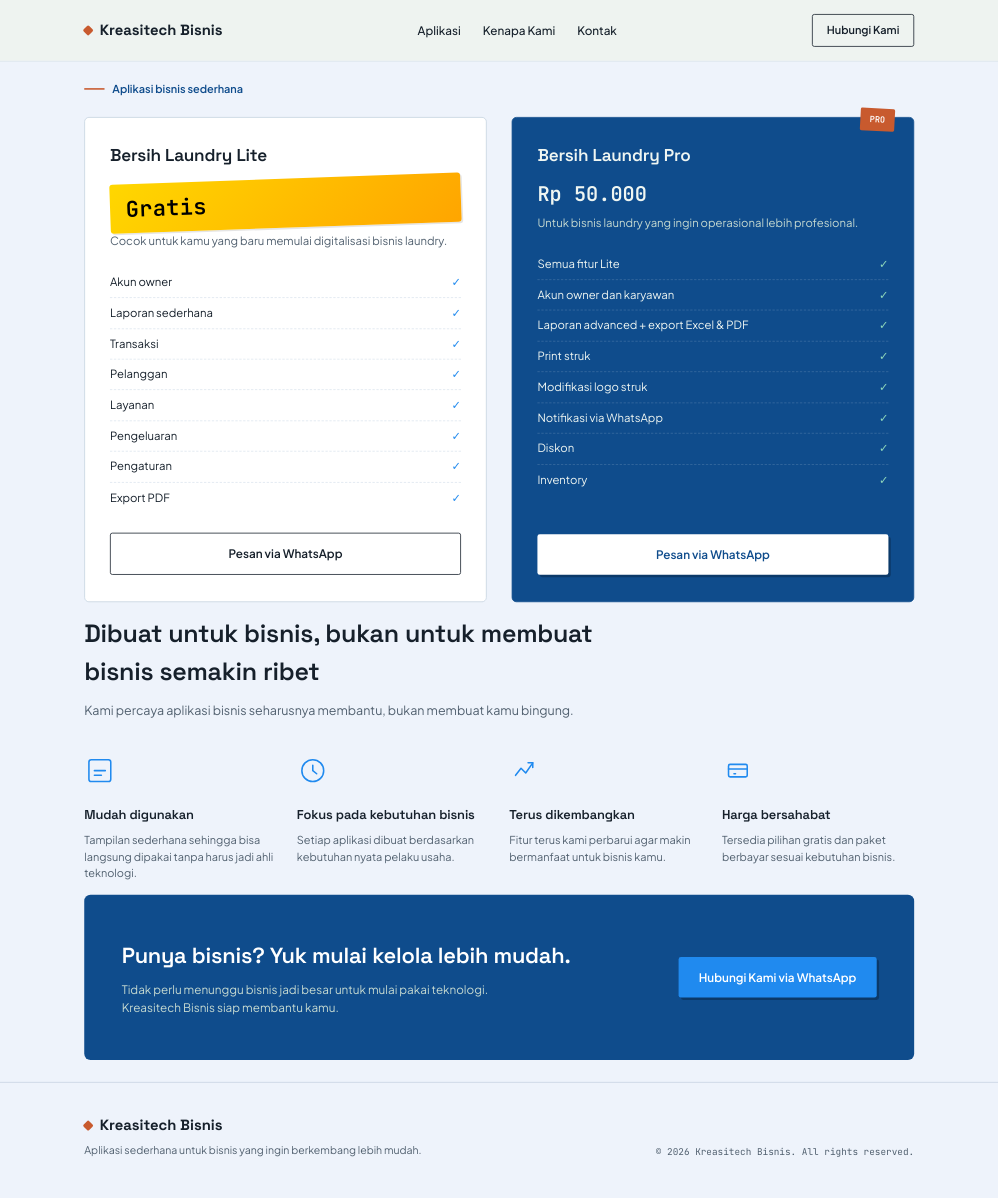
Repository: joao880hbhb/kreasitech
Page: produk/bersih-laundry.html
The author's editor kept a copy of each file at every save. The page is drawn from the files as they stood at one save, then again after the next save.
The browser window is 1280 px wide. The pictures show the whole page, at 78% of full size.

Above is the page before, as saved 2026-09-14 21:39:38.

After the next save:
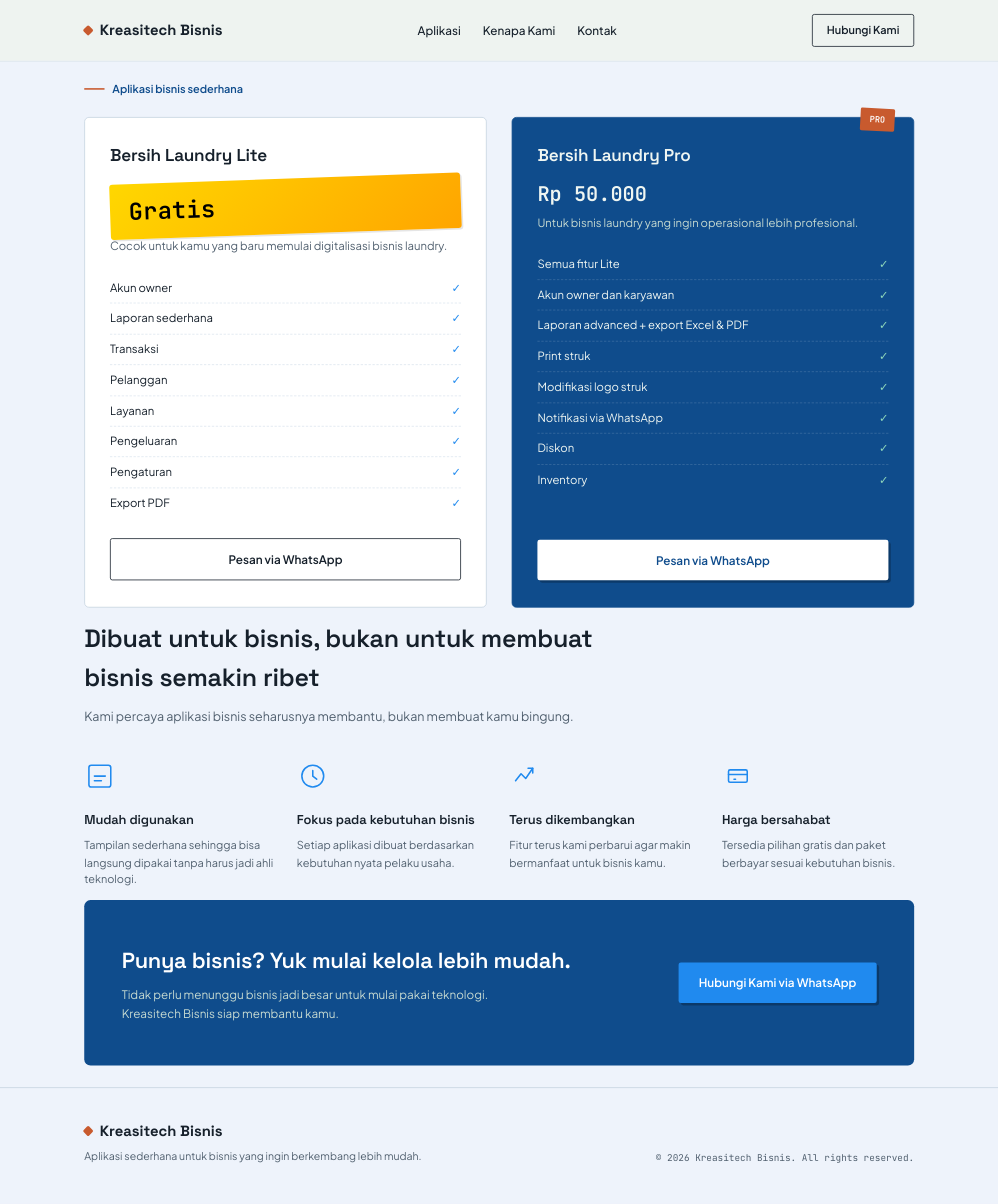
Saved 8 s later.
--- a/produk/bersih-laundry.html
+++ b/produk/bersih-laundry.html
@@ -213,6 +213,7 @@
     .plan{padding:34px 32px;}
     .plan h3{font-size:22px;}
     .plan .price{font-size:26px; margin:14px 0 6px;}
+    .plan .price.free{font-size:30px; padding:12px 24px;}
     .plan .sub{font-size:14.5px; margin-bottom:24px;}
     .plan li{font-size:14.5px;}
   }
